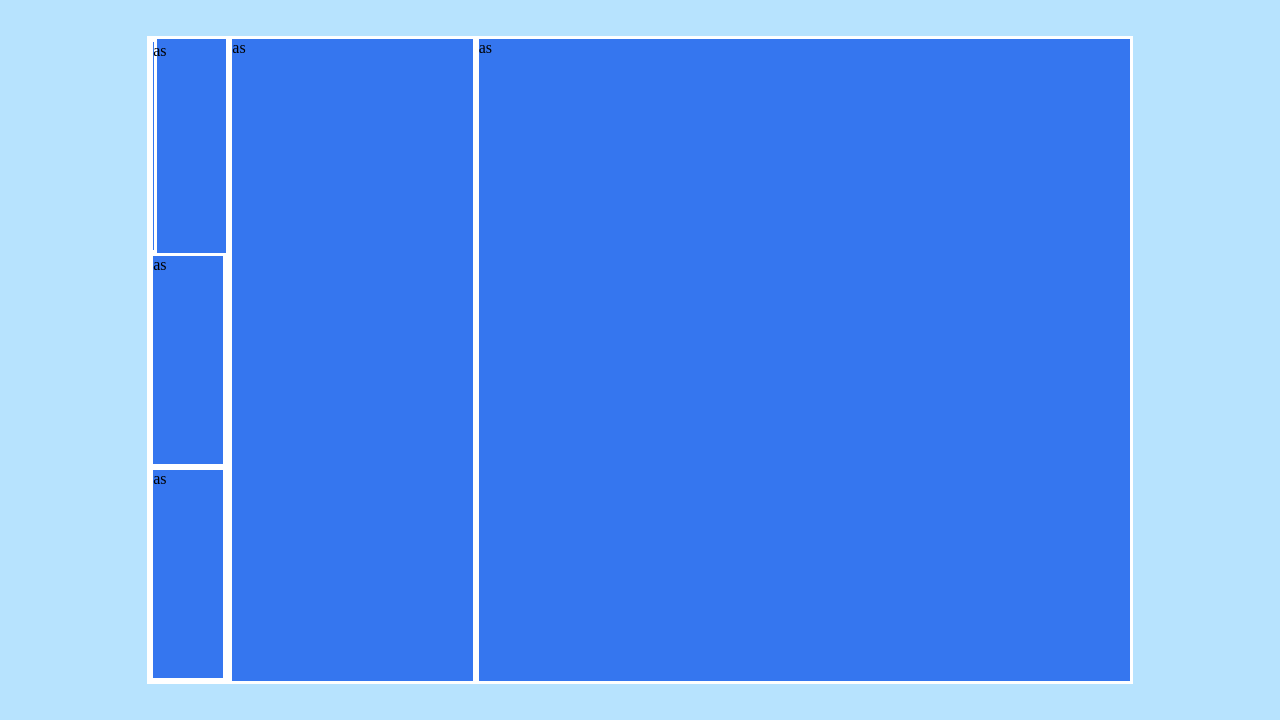
Repository: arafat877/super-chat
Page: /
These files come from the project's save history. The page is drawn as it stood at one moment and after the next save; the edit follows.
The browser window is 1280 px wide. The pictures show the whole page.
The project was rebuilt for these pictures with package versions that can differ from the ones it lists, and the page was loaded fresh each time. Also part of the build but not shown: src/App.scss.

Above is the page before, as saved 2020-08-05 14:10:01.

### public/index.html
<!DOCTYPE html>
<html lang="en">
  <head>
    <meta charset="utf-8" />
    <meta name="viewport" content="width=device-width, initial-scale=1" />
    <meta name="theme-color" content="#000000" />
    <meta
      name="description"
      content="Chat application with node.js, express, react.js, mongoDb and socket.io"
    />
    <link rel="stylesheet" href="styles.css">
    <link rel="stylesheet" href="https://fonts.googleapis.com/css?family=Roboto:300,400,500,700&display=swap" />

    <title>Super Chat</title>
  </head>
  <body>
    <noscript>You need to enable JavaScript to run this app.</noscript>
    <div id="root"></div>
  </body>
</html>

### src/App.js
import React from "react";
import "./App.scss";
import { Container, Grid, Paper } from "@material-ui/core";
import { makeStyles } from "@material-ui/core/styles";
import {
  Message,
  GroupWork,
  Chat,
  Palette,
  Settings,
  PeopleAlt,
} from "@material-ui/icons";

const useStyles = makeStyles((theme) => ({
  container: {
    backgroundColor: "#b7e3fe",
    height: "100vh",
    display: "flex",
  },
  innerContainer: {
    backgroundColor: "#3576ef",
    margin: "auto",
    height: "90%",
    width: "80%",
    borderRadius: "10px",
  },
  column1: {
    border: "solid white",
  },
  column2: {
    border: "solid white",
  },
  column3: {
    border: "solid white",
  },
  c1Logo:{
    border: "solid white",
  }
}));

function App() {
  const classes = useStyles();

  return (
    <Container className={classes.container}>
      <Grid container containerer className={classes.innerContainer}>
        <Grid item container className={classes.column1} xs={1}>
          <Grid item direction="column" className={classes.c1Logo} xs={1}>
            as
          </Grid>
          <Grid item direction="column" className={classes.c1Logo} xs={12}>
            as
          </Grid>
          <Grid item direction="column" className={classes.c1Logo} xs={12}>
            as
          </Grid>
        </Grid>
        <Grid item className={classes.column2} xs={3}>
          as
        </Grid>
        <Grid item className={classes.column3} xs={8}>
          as
        </Grid>
      </Grid>
    </Container>
  );
}

export default App;

Loaded but not shown: src/index.js (common file); public/styles.css (common file)

After the next save:
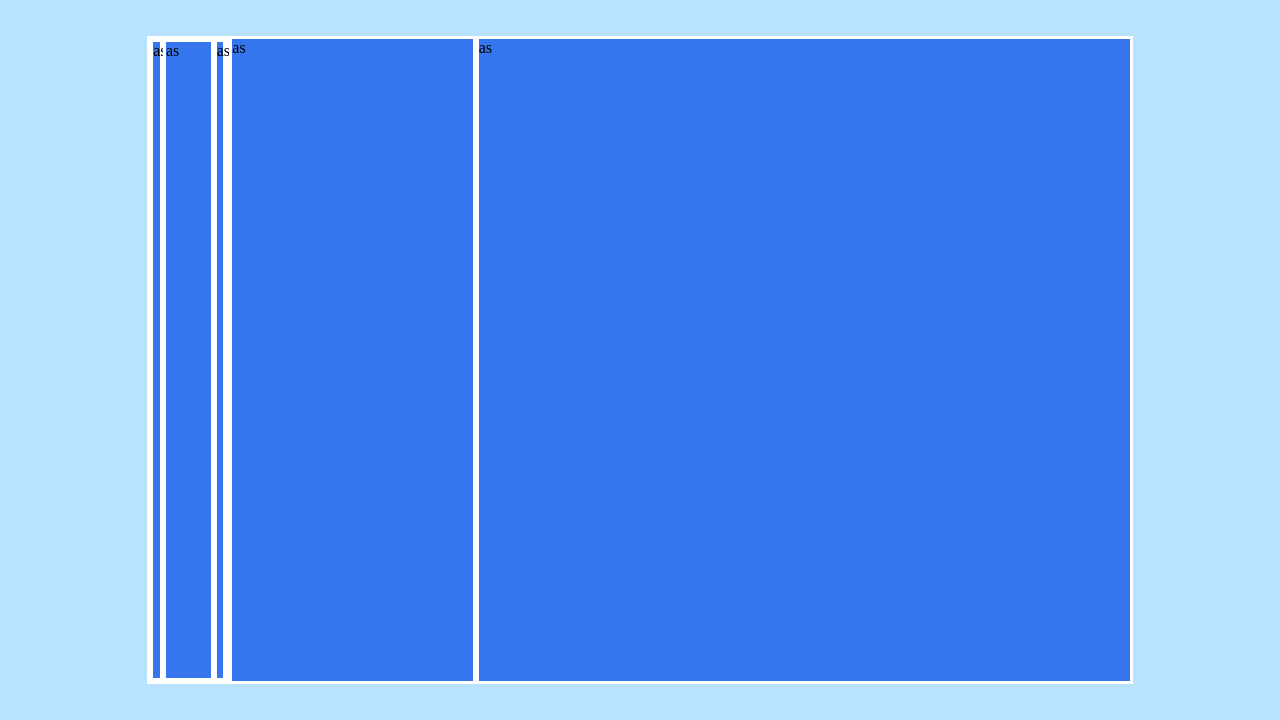
Saved 58 s later.
--- a/src/App.js
+++ b/src/App.js
@@ -45,13 +45,13 @@ function App() {
     <Container className={classes.container}>
       <Grid container containerer className={classes.innerContainer}>
         <Grid item container className={classes.column1} xs={1}>
-          <Grid item direction="column" className={classes.c1Logo} xs={1}>
+          <Grid item direction="column" className={classes.c1Logo} xs={2}>
             as
           </Grid>
-          <Grid item direction="column" className={classes.c1Logo} xs={12}>
+          <Grid item direction="column" className={classes.c1Logo} xs={8}>
             as
           </Grid>
-          <Grid item direction="column" className={classes.c1Logo} xs={12}>
+          <Grid item direction="column" className={classes.c1Logo} xs={2}>
             as
           </Grid>
         </Grid>
